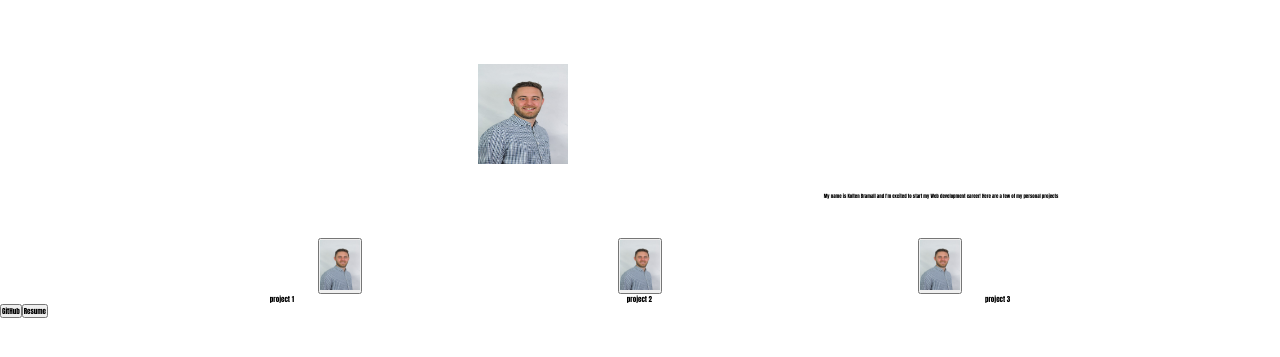
Repository: Kobramall/portfolio-project
Page: /portfolio
An editor plug-in stored every save of this project. The page is shown before and after the next save, followed by the edit.
The browser window is 1280 px wide. The pictures show the whole page.
The project was rebuilt for these pictures with package versions that can differ from the ones it lists, and the page was loaded fresh each time. Also part of the build but not shown: src/App.css, src/componets/Main.jsx. Imported but missing from the stored project, and not drawn on this page: src/assets/Landscape.mov.

Above is the page before, as saved 2022-11-01 15:34:34.

After the next save:
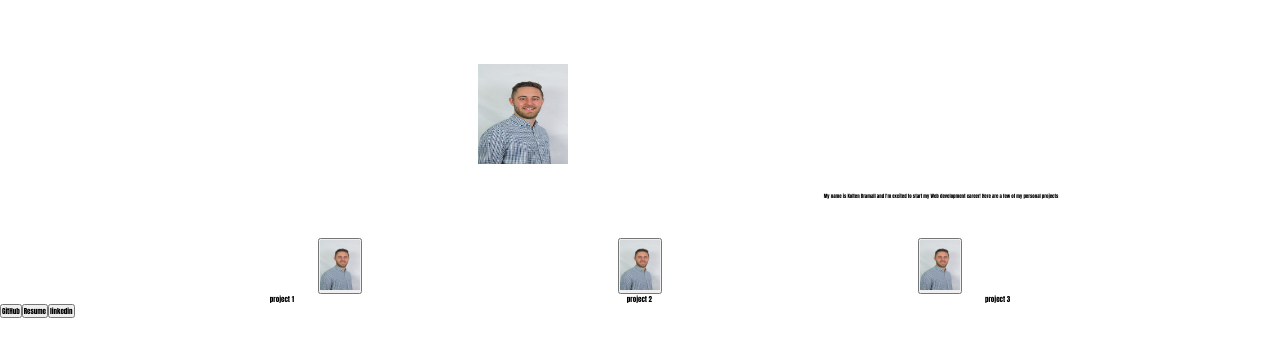
Saved 2 min 57 s later.
--- a/src/componets/Portfolio.jsx
+++ b/src/componets/Portfolio.jsx
@@ -25,6 +25,7 @@ const Portfolio = () =>{
             <footer>
                <a href="https://github.com/Kobramall"><button>GitHub</button></a>
                <a href="https://docs.google.com/document/d/1lgiV3EPEmVlzx-UGieZEF6rcup2qM_2HX3_UXqJQWHM/edit"><button>Resume</button></a>
+               <a href="www.linkedin.com/in/kolten-bramall-b3aa24235"><button>linkedin</button></a>
             </footer>
         </div>
     )
